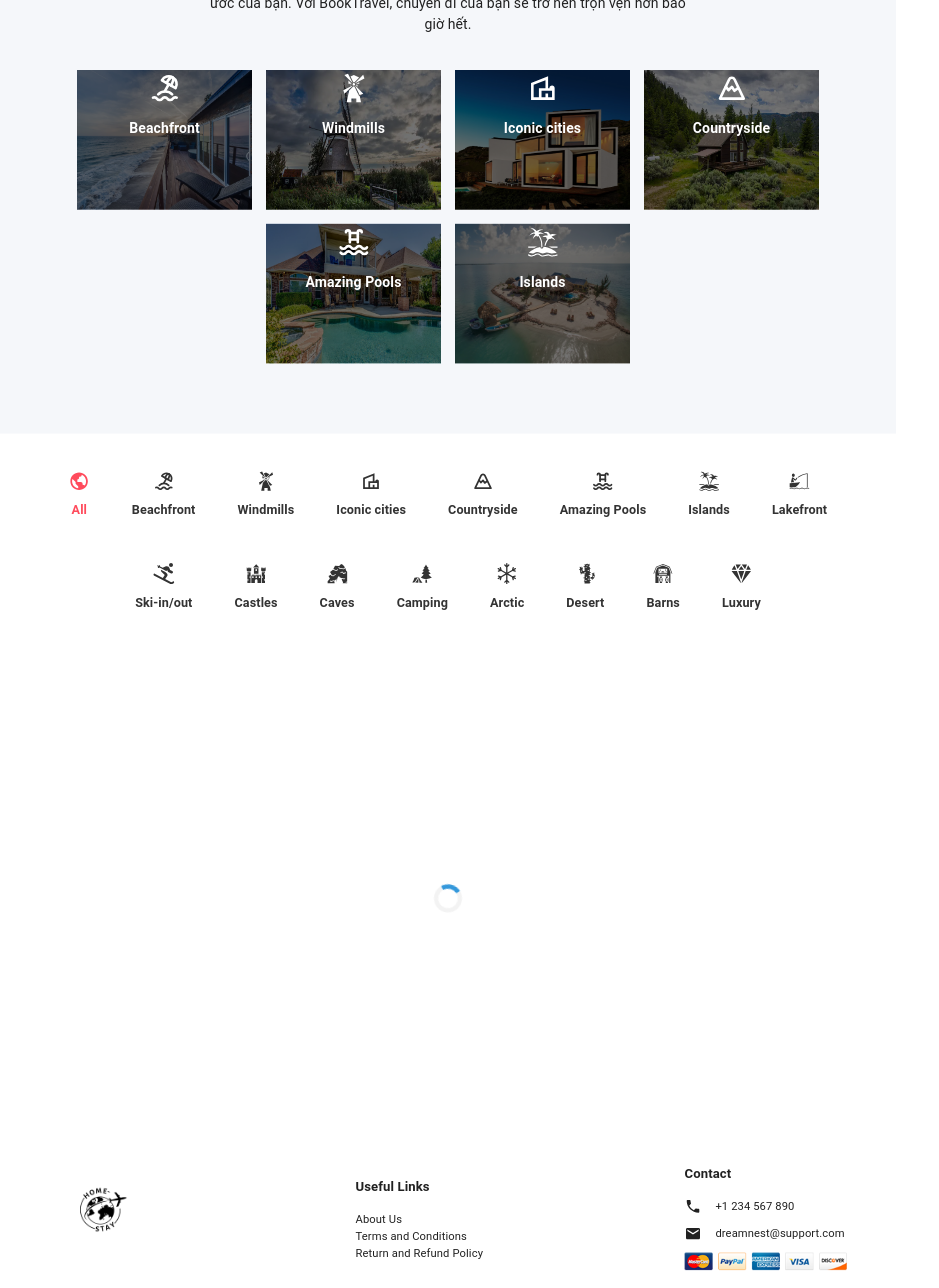
Repository: minhquang203/Homestay
Page: / (app in client/)
An editor plug-in stored every save of this project. The page is shown before and after the next save, followed by the edit.
The browser window is 1280 px wide. The page is 1280 px wide, then 1342 px, so the pictures cover 1342 px, including what lies to the right of the window. The pictures show the part of the page from y = 1039 to 2879 px (the page is 2879 px tall), at 70% of full size.
The page's requests for data from a server got no answer. The project was rebuilt for these pictures with package versions that can differ from the ones it lists, and the page was loaded fresh each time. No one was signed in, and anything a server would have sent is missing. Also part of the build but not shown: client/src/styles/ListingCard.scss, client/src/components/ListingCard.jsx, client/src/styles/variable.scss, client/src/styles/List.scss, client/src/pages/CategoryPage.jsx, client/src/styles/CreateListing.scss, client/src/pages/CreateListing.jsx, client/src/styles/ListingDetails.scss and 12 more.

Above is the page before, as saved 2024-12-07 02:07:00.

### client/public/index.html
<!DOCTYPE html>
<html lang="en">
  <head>
    <meta charset="utf-8" />
    <link rel="icon" href="%PUBLIC_URL%/favicon.ico" />
    <meta name="viewport" content="width=device-width, initial-scale=1" />
    <meta name="theme-color" content="#000000" />
    <meta
      name="description"
      content="Web site created using create-react-app"
    />
    <link rel="apple-touch-icon" href="%PUBLIC_URL%/logo192.png" />
    <link rel="manifest" href="%PUBLIC_URL%/manifest.json" />
    <link rel="preconnect" href="https://fonts.googleapis.com">
    <link rel="preconnect" href="https://fonts.gstatic.com" crossorigin>
    <link href="https://fonts.googleapis.com/css2?family=Nunito:ital,wght@0,200..1000;1,200..1000&display=swap" rel="stylesheet">
    <title>HomeStayMove</title>
  </head>
  <body>
    <div id="root"></div>

  </body>
</html>

### client/src/index.js
import { CssBaseline, ThemeProvider, createTheme } from "@mui/material"; // Thêm vào đây
import React from "react";
import ReactDOM from "react-dom/client";
import { Provider } from "react-redux";
import { PersistGate } from "redux-persist/integration/react";
import App from "./App";
import { persistor, store } from "./Redux/store";

// Tạo theme tùy chỉnh nếu cần thiết
const theme = createTheme({
  palette: {
    primary: {
      main: "#1976d2", // Màu chủ đạo
    },
    secondary: {
      main: "#dc004e", // Màu phụ
    },
  },
});

const root = ReactDOM.createRoot(document.getElementById("root"));
root.render(
  <React.StrictMode>
    <Provider store={store}>
      <PersistGate loading={null} persistor={persistor}>
        <ThemeProvider theme={theme}>
          <CssBaseline />
          <App />
        </ThemeProvider>
      </PersistGate>
    </Provider>
  </React.StrictMode>
);

### client/src/Redux/store.js
// store.js
import { configureStore } from "@reduxjs/toolkit";
import {
  persistStore,
  persistReducer,
  FLUSH,
  REHYDRATE,
  PAUSE,
  PERSIST,
  PURGE,
  REGISTER,
} from "redux-persist";
import storage from "redux-persist/lib/storage";
import userReducer from "./state"; // Đảm bảo đúng đường dẫn đến state.js

// Cấu hình Redux Persist
const persistConfig = {
  key: "root", // Tên của key trong localStorage
  version: 1, // Phiên bản của state để khi có thay đổi sẽ cập nhật lại
  storage, // Chọn phương thức lưu trữ, có thể là localStorage hoặc sessionStorage
};

// Tạo persisted reducer từ userReducer
const persistedReducer = persistReducer(persistConfig, userReducer);

// Tạo store với persistedReducer
export const store = configureStore({
  reducer: persistedReducer, // Dùng persisted reducer để lưu trữ trạng thái người dùng
  middleware: (getDefaultMiddleware) =>
    getDefaultMiddleware({
      serializableCheck: {
        ignoredActions: [FLUSH, REHYDRATE, PAUSE, PERSIST, PURGE, REGISTER], // Bỏ qua các action không thể serialize
      },
    }),
});

// Khởi tạo persistor từ store
export const persistor = persistStore(store);

### client/src/App.css
* {
  margin: 0;
  padding: 0;
  box-sizing: border-box;
  font-family: 'Nunito'sans-serif;
}

### client/src/pages/HomePage.jsx
import Categories from "../components/Categories";
import Footer from "../components/Footer";
import Listings from "../components/Listings";
import Navbar from '../components/Navbar';
import Slide from "../components/Slide";



const HomePage = () => {

  // Lấy thông tin người dùng từ Redux state
  return <div>
    <Navbar/>
    <Slide/>
    <Categories/>
    <Listings/>
    <Footer />
  </div>;
};

export default HomePage;

### client/src/Redux/state.js
import { createSlice } from "@reduxjs/toolkit";

const initialState = {
  user: null, // Thông tin người dùng
  token: null, // Token đăng nhập
};

export const userSlice = createSlice({
  name: "user",
  initialState,
  reducers: {
    // Đăng nhập thành công, lưu thông tin người dùng và token
    setLogin: (state, action) => {
      state.user = action.payload.user;
      state.token = action.payload.token;
    },
    // Đăng xuất, xóa thông tin người dùng và token
    setLogout: (state) => {
      state.user = null;
      state.token = null;
    },
    // Cập nhật thông tin người dùng
    setUserDetails: (state, action) => {
      if (state.user) {
        state.user = { ...state.user, ...action.payload };
      }
    },
    // Cập nhật danh sách properties
    setListings: (state, action) => {
      state.listings = action.payload.listings;
    },
    setTripList: (state, action) => {
      state.user.tripList = action.payload;
    },
    setWishList: (state, action) => {
      state.user.wishList = action.payload;
    },
    setPropertyList: (state, action) => {
      state.user.propertyList = action.payload;
    },
    setReservationList: (state, action) => {
      state.user.reservationList = action.payload;
    },
  },
});

// Export các action để sử dụng
export const {
  setLogin,
  setLogout,
  setUserDetails,
  setListings,
  setTripList,
  setWishList,
  setPropertyList,
  setReservationList,
} = userSlice.actions;

// Export reducer để thêm vào store
export default userSlice.reducer;

### client/src/components/Footer.jsx
import { Email, LocalPhone } from "@mui/icons-material"
import "../styles/Footer.scss"
const Footer = () => {
  return (
    <div className="footer">
      <div className="footer_left">
        <a href="/"><img src="/assets/logo.png" alt="logo" /></a>
      </div>

      <div className="footer_center">
        <h3>Useful Links</h3>
        <ul>
          <li>About Us</li>
          <li>Terms and Conditions</li>
          <li>Return and Refund Policy</li>
        </ul>
      </div>

      <div className="footer_right">
        <h3>Contact</h3>
        <div className="footer_right_info">
          <LocalPhone />
          <p>+1 234 567 890</p>
        </div>
        <div className="footer_right_info">
          <Email />
          <p>dreamnest@support.com</p>
        </div>
        <img src="/assets/payment.png" alt="payment" />
      </div>
    </div>
  )
}

export default Footer

### client/src/components/Loader.jsx
import "../styles/Loader.scss";

const Loader = () => {
  return (
    <div className="loader">
      <div className="loader-inner"></div>
    </div>
  );
};

export default Loader;

### client/src/components/Navbar.jsx
import { Menu, Person, Search } from "@mui/icons-material";
import { IconButton } from "@mui/material";
import { useState } from "react";
import { useDispatch, useSelector } from "react-redux";
import { Link, useNavigate } from "react-router-dom";
import { setLogout } from "../Redux/state";
import "../styles/Navbar.scss";
import variables from "../styles/variable.scss";

const Navbar = () => {
  const [dropdownMenu, setDropdownMenu] = useState(false);
  const user = useSelector((state) => state.user);
  const dispatch = useDispatch();
  const [search, setSearch] = useState("")
  const navigate = useNavigate();

  const handleLogout = () => {
    dispatch(setLogout());
    navigate("/login");
  };

  return (
    <div className="navbar">
      <Link to="/">
        <img src="/assets/logo.png" alt="logo" />
      </Link>

      <div className="navbar_search">
        <input
          type="text"
          placeholder="Search ..."
          value={search}
          onChange={(e) => setSearch(e.target.value)}
        />
        <IconButton disabled={search === ""}>
          <Search
            sx={{ color: variables.pinkred }}
            onClick={() => {navigate(`/properties/search/${search}`)}}
          />
        </IconButton>
      </div>

      <div className="navbar_right">
        {/* Hiển thị điều kiện tùy theo trạng thái người dùng */}
        <Link to={user ? "/create-listing" : "/login"} className="navbar_right_host">
          Trở thành Chủ nhà
        </Link>

        {/* Nút tài khoản để mở menu thả xuống */}
        <button
          className="navbar_right_account"
          onClick={() => setDropdownMenu((prev) => !prev)} // Chuyển đổi trạng thái menu thả xuống
        >
          <Menu sx={{ color: variables.darkgrey }} />
          <Person sx={{ color: variables.darkgrey }} />
        </button>

        {/* Menu thả xuống cho người dùng đã đăng nhập */}
        {dropdownMenu && user && (
          <div className="navbar_right_accountmenu">
            <Link to="/profile">Thông Tin</Link>
            <Link to={`/${user._id}/trips`}>Trip List</Link>
            <Link to={`/${user._id}/wishList`}>Wish List</Link>
            <Link to={`/${user._id}/properties`}>Property List</Link>
            <Link to={`/${user._id}/reservations`}>Reservation List</Link>
            <Link to="/login" onClick={handleLogout}>
              Đăng xuất
            </Link>
          </div>
        )}

        {/* Menu thả xuống cho người dùng chưa đăng nhập */}
        {dropdownMenu && !user && (
          <div className="navbar_right_accountmenu">
            <Link to="/login">Đăng nhập</Link>
            <Link to="/register">Đăng ký</Link>
          </div>
        )}
      </div>
    </div>
  );
};

export default Navbar;

### client/src/components/Categories.jsx
import { Link } from "react-router-dom";
import { categories } from "../data";
import "../styles/Categories.scss";

const Categories = () => {
  return (
    <div className="categories">
      <h1>Khám phá các danh mục hàng đầu</h1>
      <p>
        Tại HomeStayMove, chúng tôi cung cấp nhiều lựa chọn nhà nghỉ dưỡng phù hợp
        với mọi loại du khách. Từ biệt thự sang trọng đến căn hộ ấm cúng, mỗi
        chỗ nghỉ đều mang đến sự thoải mái và tiện nghi như ở nhà. Hãy đắm mình
        vào văn hóa địa phương và tạo ra những kỷ niệm khó quên tại điểm đến mơ
        ước của bạn. Với BookTravel, chuyến đi của bạn sẽ trở nên trọn vẹn hơn
        bao giờ hết.
      </p>

      <div className="categories_list">
        {categories?.slice(1, 7).map((category, index) => (
          <Link to={`/properties/category/${category.label}`}>
            <div className="category">
              <img src={category.img} alt={category.label} />
              <div className="overlay">
                <div className="category_text">
                  <div className="category_text_icon">
                    {category.icon}
                    <p>{category.label}</p>
                  </div>
                </div>
              </div>
            </div>
          </Link>
        ))}
      </div>
    </div>
  );
};

export default Categories;

### client/src/components/Listings.jsx
import { useEffect, useState } from "react";
import { useDispatch, useSelector } from "react-redux";
import { categories } from "../data";
import { setListings } from "../Redux/state";
import "../styles/Listings.scss";
import ListingCard from "./ListingCard";
import Loader from "./Loader";

const Listings = () => {
  const dispatch = useDispatch();
  const [loading, setLoading] = useState(true);

  const [selectedCategory, setSelectedCategory] = useState("All");

  const listings = useSelector((state) => state.listings);

  const getFeedListings = async () => {
    try {
      const response = await fetch(
        selectedCategory !== "All"
          ? `http://localhost:3002/properties?category=${selectedCategory}`
          : "http://localhost:3002/properties",
        {
          method: "GET",
        }
      );

      const data = await response.json();
      dispatch(setListings({ listings: data }));
      setLoading(false);
    } catch (err) {
      console.log("Fetch Listings Failed", err.message);
    }
  };

  useEffect(() => {
    getFeedListings();
  }, [selectedCategory]);

  return (
    <>
      <div className="category-list">
        {categories?.map((category, index) => (
          <div
            className={`category ${category.label === selectedCategory ? "selected" : ""}`}
            key={index}
            onClick={() => setSelectedCategory(category.label)}
          >
            <div className="category_icon">{category.icon}</div>
            <p>{category.label}</p>
          </div>
        ))}
      </div>

      {loading ? (
        <Loader />
      ) : (
        <div className="listings">
          {listings.map(
            ({
              _id,
              creator,
              listingPhotoPaths,
              city,
              province,
              country,
              category,
              type,
              price,
              booking = false
            }) => (
              <ListingCard
                key={_id}
                listingId={_id}
                creator={creator}
                listingPhotoPaths={listingPhotoPaths}
                city={city}
                province={province}
                country={country}
                category={category}
                type={type}
                price={price}
                booking ={booking}
              />
            )
          )}
        </div>
      )}
    </>
  );
};

export default Listings;

### client/src/components/Slide.jsx
import "../styles/Slide.scss";

const Slide = () => {
  return (
    <div className="slidePage">
      <h1>
        "Hành trình mới đang chờ đón bạn <hr/>   Đặt chuyến đi ngay hôm nay cùng
        HomeStayMoves !
      </h1>
    </div>
  );
};

export default Slide;

### client/src/styles/Footer.scss
@import "./variable.scss";
@import "./breakpoints.scss";

.footer {
  display: flex;
  justify-content: space-between;
  align-items: center;
  gap: 50px;
  padding: 10px 70px;

  @include lg {
    padding: 10px 30px;
  }

  &_left {
    max-width: 400px;

    img {
      max-width: 150px;
      margin-bottom: 20px;
    }

    &_socials {
      display: flex;
      gap: 25px;
      margin-top: 20px;

      &_icon {
        width: 40px;
        height: 40px;
        border-radius: 50%;
        background-color: $pinkred;
        display: flex;
        justify-content: center;
        align-items: center;
        cursor: pointer;
        transition: all 0.5s ease-in-out;

        &:hover {
          transform: scale(1.2);
        }
      }
    }
  }

  &_center {
    text-decoration: none;

    ul {
      list-style: none;
      margin-top: 20px;
      cursor: pointer;

      li:hover {
        color: $pinkred
      }

      a {
        text-decoration: none;
        color: black;

        &:hover {
          color: $pinkred;
        }
      }
    }

    @include md {
      display: none;
    }
  }

  &_right {
    max-width: 350px;

    h3 {
      margin-bottom: 20px;
    }

    &_info {
      display: flex;

      p {
        margin-left: 20px;
        margin-bottom: 15px;
      }
    }

    @include sm {
      display: none;
    }
  }
}

### client/src/styles/Loader.scss
.loader {
    display: flex;
    justify-content: center;
    align-items: center;
    height: 100vh;
  }

  .loader-inner {
    border: 6px solid #f3f3f3;
    border-top: 6px solid #3498db;
    border-radius: 50%;
    width: 40px;
    height: 40px;
    animation: spin 2s linear infinite;
  }

  @keyframes spin {
    0% { transform: rotate(0deg); }
    100% { transform: rotate(360deg); }
  }

### client/src/styles/Navbar.scss
@import "./breakpoints.scss";
@import "./variable.scss";

.navbar {
  padding: 10px 60px;
  display: flex;
  justify-content: space-between;
  align-items: center;
  position: relative;
  background-color: #ffff;
  box-shadow: $box-shadow-small;  // Dùng biến shadow nhỏ cho navbar

  @include media-query(sm) {
    padding: 10px 20px;
  }

  img {
    width: 100px;
    cursor: pointer;
  }

  &_search {
    border: 1px solid $grey;
    border-radius: 30px;
    height: 50px;
    padding: 0 20px;
    display: flex;
    gap: 20px;
    align-items: center;
    width: 350px;

    input {
      border: none;
      outline: none;
      flex: 1;
      padding: 5px 10px;
    }

    &:hover {
      box-shadow: $box-shadow-small;
    }

    @include media-query(lg) {
      width: 500px;
    }

    @include media-query(sm) {
      display: none;
    }
  }

  &_right {
    display: flex;
    align-items: center;
    gap: 20px;

    .navbar_right_host {
      text-decoration: none;
      color: $darkgrey;
      font-weight: 700;
      cursor: pointer;

      &:hover {
        color: $pinkred;
      }

      @include media-query(sm) {
        display: none;
      }
    }

    &_account {
      height: 50px;
      display: flex;
      align-items: center;
      padding: 0 10px;
      border: 1px solid $grey;
      border-radius: 30px;
      gap: 10px;
      background-color: #ffff;
      cursor: pointer;
      transition: box-shadow 0.3s ease;

      &:hover {
        box-shadow: $box-shadow-large;
      }

      svg {
        color: $darkgrey;
      }
    }

    &_accountmenu {
      position: absolute;
      background-color: #ffff;
      right: 60px;
      top: 80px;
      display: flex;
      flex-direction: column;
      width: 200px;
      padding: 10px 0;
      border: 1px solid $lightgrey;
      border-radius: 20px;
      box-shadow: $box-shadow-large;
      z-index: 9999;

      @include media-query(sm) {
        right: 20px;
      }

      a {
        width: 100%;
        padding: 8px 15px;
        text-decoration: none;
        color: $grey;
        font-weight: 700;
        display: block;

        &:hover {
          color: $pinkred;
          background-color: rgba(217, 213, 213, 0.2);
        }
      }
    }
  }
}

### client/src/styles/breakpoints.scss
  $breakpoints: (
    xs: 480px,
    sm: 768px,
    md: 992px,
    lg: 1200px,
    xl: 1400px
  );

  // Mixin media-query để dễ sử dụng các điểm ngắt
  @mixin media-query($size) {
    $breakpoint: map-get($breakpoints, $size);

    @if $breakpoint {
      @media (max-width: #{$breakpoint}) {
        @content;
      }
    } @else {
      @warn "Breakpoint '#{$size}' không tồn tại trong danh sách breakpoints!";
    }
  }
  @mixin sm {
    @media (max-width: map-get($breakpoints, "sm")) {
        @content;
    }
}

@mixin mm {
    @media (max-width: map-get($breakpoints, "mm")) {
        @content;
    }
}

@mixin md {
    @media (max-width: map-get($breakpoints, "md")) {
        @content;
    }
}

@mixin ml {
    @media (max-width: map-get($breakpoints, "ml")) {
        @content;
    }
}

@mixin lg {
    @media (max-width: map-get($breakpoints, "lg")) {
        @content;
    }
}

@mixin xl {
    @media (max-width: map-get($breakpoints, "xl")) {
        @content;
    }
}

  // Mixin để tạo kiểu cho button
  @mixin buttonStyle {
    padding: 10px 15px;
    background-color: $pinkred;
    border: none;
    font-size: 20px;
    font-weight: 600;
    cursor: pointer;
    transform: 0.3s ease;
    color: white;
    border-radius: 10px;
  }
  // Mixin flex-center để căn giữa các phần tử theo cả chiều ngang và dọc
@mixin flex-center {
  display: flex;
  justify-content: center;
  align-items: center;
}

### client/src/styles/Categories.scss
@import "./variable.scss";
@import "./breakpoints.scss";

.categories {
  padding: 50px 60px;
  display: flex;
  flex-direction: column;
  align-items: center;
  text-align: center;
  background-color: $lightgrey;


  h1 {
    color: $blue;
    font-size: 40px;
    font-weight: 800;
    margin-bottom: 15px;
  }

  p {
    max-width: 700px;
    font-size: 20px;
  }

  .categories_list {
    display: flex;
    flex-wrap: wrap;
    padding: 50px 0;
    justify-content: center;
    gap: 20px;

    a {
      text-decoration: none;
    }

    .category {
      position: relative;
      display: flex;
      justify-content: center;
      align-items: center;
      width: 250px;
      height: 200px;
      cursor: pointer;

      img {
        position: absolute;
        width: 100%;
        height: 100%;
      }

      .overlay {
        position: absolute;
        width: 100%;
        height: 100%;
        background-color: rgba(0, 0, 0, 0.55);
        transition: 0.3s ease-in-out;
      }

      &_text {
        position: relative;
        color: white;

        &_icon {
          font-size: 45px;
        }

        p {
          font-weight: 600;
        }
      }

      &:hover {
        .overlay {
          width: 80%;
          height: 80%;
        }
      }

    }
  }
}

### client/src/styles/Listings.scss
@import "./variable.scss";
@import "./breakpoints.scss";

.category-list {
  padding: 50px 80px;
  display: flex;
  justify-content: center;
  flex-wrap: wrap;
  gap: 60px;

  @include sm {
    padding: 50px 20px;
  }

  .category {
    display: flex;
    flex-direction: column;
    align-items: center;
    color: $darkgrey;
    cursor: pointer;

    &_icon {
      font-size: 30px;
    }

    p {
      font-size: 18px;
      font-weight: 700;
    }

    &:hover {
      color: $pinkred;
    }
  }

  .selected {
    color: $pinkred;
  }
}

.listings {
  padding: 0 60px 120px;
  display: flex;
  flex-wrap: wrap;
  justify-content: center;
  gap: 5px;

  @include lg {
    padding: 0 20px 120px;
  }
}

### client/src/styles/Slide.scss
.slidePage {
  width: 100vw;
  height: 80vh;
  background: linear-gradient(rgba(0, 0, 0, 0.5), rgba(0, 0, 0, 0.5)),
    url("../../public/assets/slide.jpg");
  background-position: center top;
  background-size: contain;

  display: flex;
  justify-content: center;
  align-items: center;
  text-align: center;
  position: relative;

  animation: moveRight 2s ease-out forwards; /* Di chuyển từ trái sang phải */
}

/* Định nghĩa keyframe cho hiệu ứng chuyển động từ trái sang phải */
@keyframes moveRight {
  0% {
    transform: translateX(-100%); /* Bắt đầu bên ngoài màn hình (trái) */
  }
  100% {
    transform: translateX(0); /* Kết thúc tại vị trí ban đầu */
  }
}

h1 {
  padding: 40px 20px;
  font-size: 40px;
  text-align: center;
  color: white;
  z-index: 1; /* Đảm bảo văn bản luôn ở trên hình nền */
  position: relative;
}

Loaded but not shown: client/src/data.js (270 lines, source omitted); client/src/App.js (39 lines, source omitted)

After the next save:
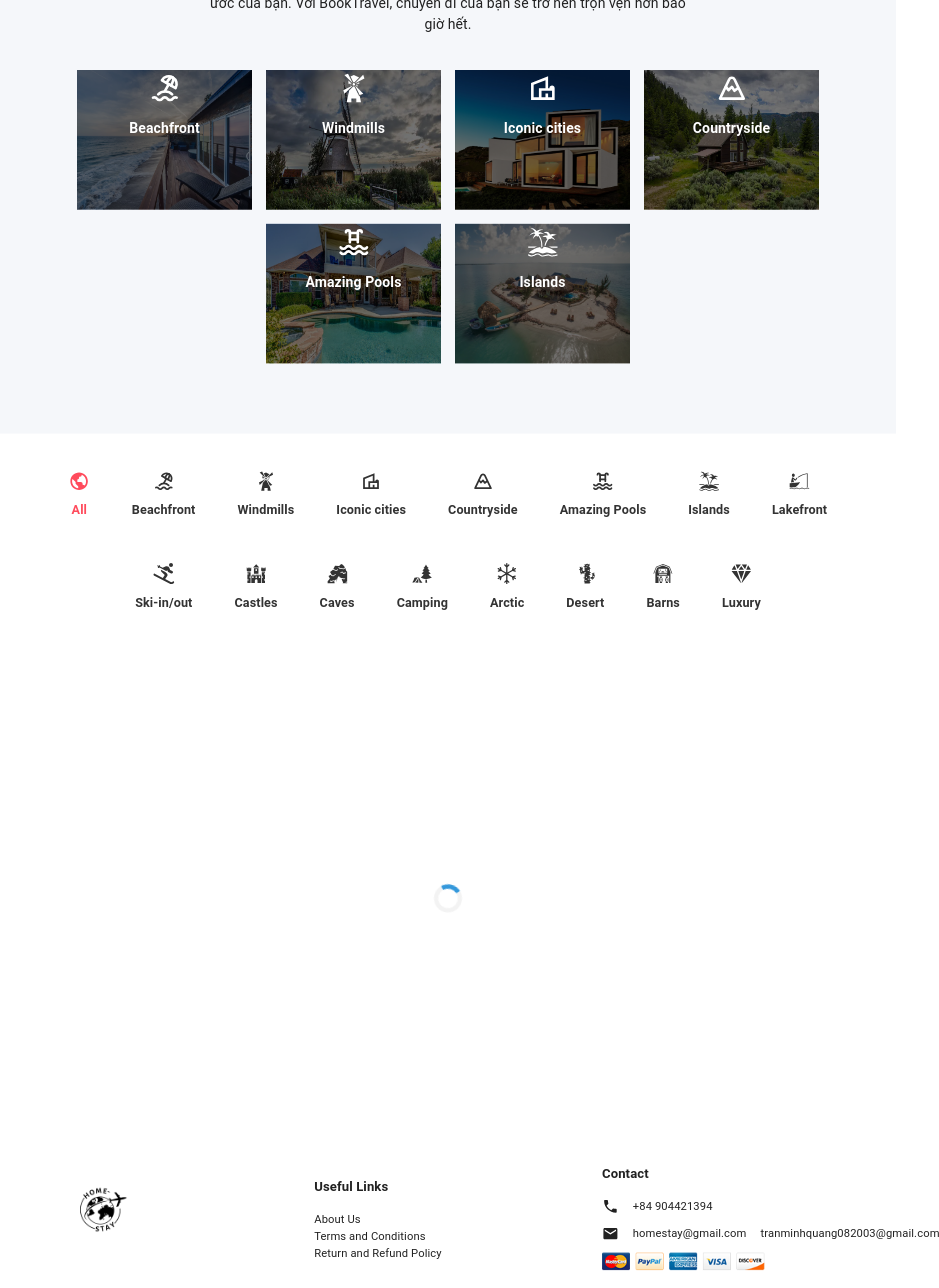
Saved 2 min 4 s later.
--- a/client/src/components/Footer.jsx
+++ b/client/src/components/Footer.jsx
@@ -20,11 +20,12 @@ const Footer = () => {
         <h3>Contact</h3>
         <div className="footer_right_info">
           <LocalPhone />
-          <p>+1 234 567 890</p>
+          <p>+84 904421394</p>
         </div>
         <div className="footer_right_info">
           <Email />
-          <p>dreamnest@support.com</p>
+          <p>homestay@gmail.com</p>
+          <p>tranminhquang082003@gmail.com</p>
         </div>
         <img src="/assets/payment.png" alt="payment" />
       </div>
